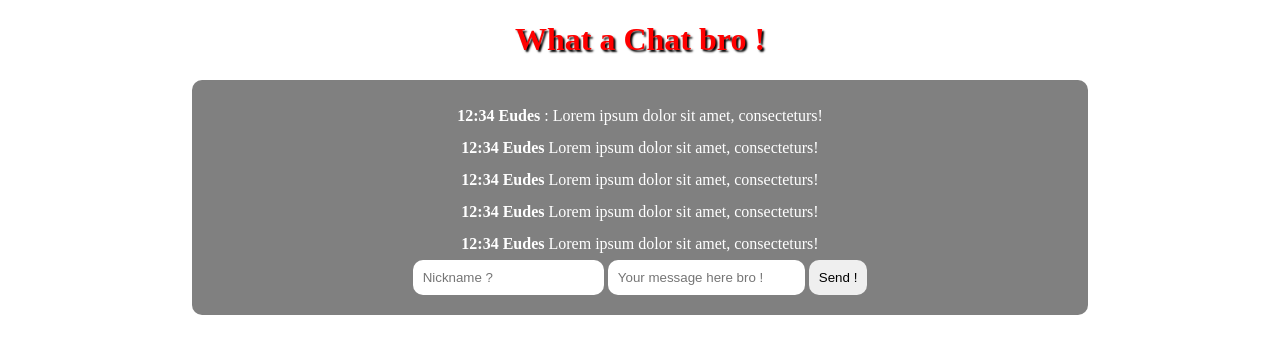
Repository: Djitzu/Chat-en-ajax
Page: index.html
The author's editor kept a record of every edit. The page is drawn from the files as they stood at one moment, then again after the next edit.
The browser window is 1280 px wide. The pictures show the whole page.

Above is the page before.
Console error (its wording comes from the project's code and is left out).

### index.html
<!DOCTYPE html>
<html lang="fr">
<head>
    <meta charset="UTF-8">
    <meta name="viewport" content="width=device-width, initial-scale=1.0">
    <meta http-equiv="X-UA-Compatible" content="ie=edge">
    <title>Super chat !</title>
    <link rel="stylesheet" href="CSS/style.css" type="text/css" />
</head>
<body>
    <header>
        <h1>What a Chat bro !</h1>
    </header>

    <section class="chat">
        <div class="messages">
            <div class="message">
                <span class="date">12:34</span>
                <span class="author">Eudes</span> :
                <span class="content">Lorem ipsum dolor sit amet, consecteturs!</span>
            </div>

            <div class="message">
                <span class="date">12:34</span>
                <span class="author">Eudes</span>
                <span class="content">Lorem ipsum dolor sit amet, consecteturs!</span>
            </div>

            <div class="message">
                <span class="date">12:34</span>
                <span class="author">Eudes</span>
                <span class="content">Lorem ipsum dolor sit amet, consecteturs!</span>
            </div>

            <div class="message">
                <span class="date">12:34</span>
                <span class="author">Eudes</span>
                <span class="content">Lorem ipsum dolor sit amet, consecteturs!</span>
            </div>

            <div class="message">
                <span class="date">12:34</span>
                <span class="author">Eudes</span>
                <span class="content">Lorem ipsum dolor sit amet, consecteturs!</span>
            </div>
        </div>

        <div class="user-input">
            <form action="handler.php">
                <input type="text" name="author" id="author" placeholder="Nickname ?">
                <input type="text" id="content" name="content" placeholder="Your message here bro !">
                <input type="submit" value="Send !"/>
            </form>
        </div>
    </section>



    <script src="js/app.js"></script>
</body>
</html>

### CSS/style.css
body {
    width: 70%;
    margin: auto;
    text-align: center
}

section {
    background-color: grey;
    border-radius: 10px;
    color: white;
    line-height: 2em;
    padding: 20px;
}

.date, .author {
    font-weight: bold;
}


h1 {
    color: red;
    text-shadow: 2px 2px 2px black
}

input {
    border: none;
    padding: 10px;
    border-radius: 10px;
}

#author {
    max-width: 20%;

}

### js/app.js
//On fait de l'ajx !!!

//Il nous faut une fonction pour afficher les messages et une autre pour écrire.

//Récupération des messages
function getMessages()
{
  //Instanciation de l'objet jx
  const requeteAjax = new XMLHttpRequest();
  //Début de la requête : si true ou non spécifié alors = synchrone
  requeteAjax.open("GET", "handler.php");

  //Pendant le chargement...
  requeteAjax.onload = function()
  {
    //...On formate la réponse en JSON...
    const resultat = JSON.parse(requeteAjax.responseText);
    //... On prepare du htlm...
    const html = resultat.reverse().map(function(message){
      return `
        <div class="message">
          <span class="date">${message.created_at.substring(11, 16)}</span>
          <span class="author">${message.author}</span> :
          <span class="content">${message.content}</span>
        </div>
      `
      //la jointure vide permet de ne pas avoir de sparateur entre chaque élément
    }).join('');

    //on va chercher le DOM correspondant
    const messages = document.querySelector('.messages');

    //Définition du contenu de la div messages
    messages.innerHTML = html;

    //Pour afficher les dernier message (ceux du bas)
    messages.scrollTop = messages.scrollHeight;

  };

  //Envoie de la requete pour finir
  requeteAjax.send();
}


function postMessage(formEvent)
{
  //On veut stopper l'ennvoi du formulaire
  formEvent.prenventDefault();

  //Récupérer les données du formuaire
  const author = document.querySelector('#author');
  const content = document.querySelector('#content');

  //Envoyer les données grâce à l'obet formData
  const data = new FormData();
  data.append('author', author.value);
  data.append('content', content.value);

  //La requête
  const requeteAjax = new XMLHttpRequest();
  requeteAjax.open('POST', 'handler.php?task=write');

  requeteAjax.onload = function()
  {
    //Effacement du contenu de content
    content.value = '';
    //garder le focus dans la zone de saisie du texte
    content.focus();
    //Raffraicchissement des messages
    getMessages();
  }

  requeteAjax.send(data);
}

//Ecoute de l'evenement submmit au formulaire
document.querySelector('form').addEventListener('submit', postMessage);

//Rafraichir toutes les 3 secondes les messages
window.setInterval(getMessages, 3000);

//Aller chercher les messages au démarrage de la page.
getMessages();

After the next edit:
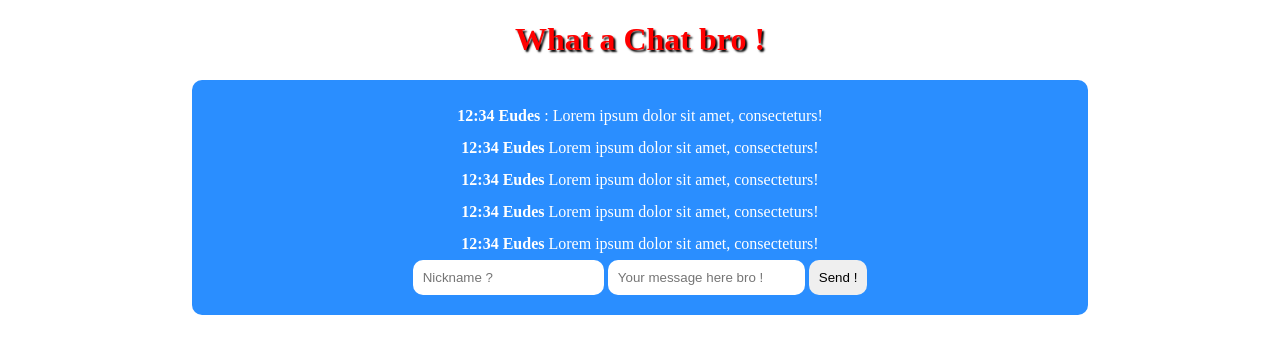
The edit:
--- a/CSS/style.css
+++ b/CSS/style.css
@@ -5,7 +5,7 @@
 }
 
 section {
-    background-color: grey;
+    background-color: #2A8EFF;
     border-radius: 10px;
     color: white;
     line-height: 2em;
